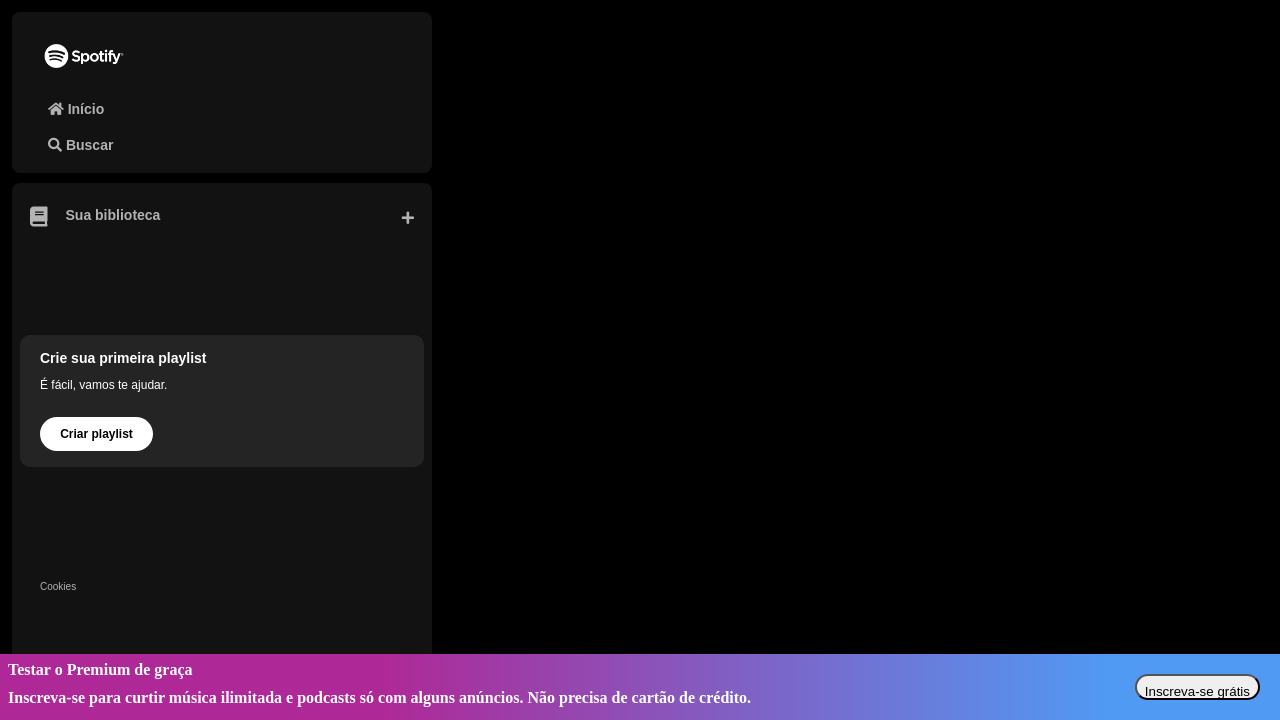
Repository: humbertobrasileiro/spotify
Page: index.html
The author's editor kept a copy of each file at every save. The page is drawn from the files as they stood at one save, then again after the next save.
The browser window is 1280 px wide. The pictures show the whole page.

Above is the page before, as saved 2024-01-23 15:25:11.

### index.html
<!DOCTYPE html>
<html lang="pt-BR">

<head>
  <meta charset="UTF-8">
  <meta name="viewport" content="width=device-width, initial-scale=1.0">
  <title>Spotify - Imersão</title>
  <link rel="stylesheet" href="reset.css">
  <link rel="stylesheet" href="styles.css">
  <link rel="stylesheet" href="https://use.fontawesome.com/releases/v5.15.4/css/solid.css" integrity="sha384-Tv5i09RULyHKMwX0E8wJUqSOaXlyu3SQxORObAI08iUwIalMmN5L6AvlPX2LMoSE" crossorigin="anonymous" />
  <link rel="stylesheet" href="https://use.fontawesome.com/releases/v5.15.4/css/fontawesome.css" integrity="sha384-jLKHWM3JRmfMU0A5x5AkjWkw/EYfGUAGagvnfryNV3F9VqM98XiIH7VBGVoxVSc7" crossorigin="anonymous" />
</head>

<body>
  <div class="sidebar">
    <nav class="sidebar__navigation">
      <div class="logo">
        <a href="">
          <img src="./assets/icons/logo-spotify.png" alt="logo do spotify">
        </a>
      </div>
      <ul>
        <li>
          <a href="">
            <span class="fa fa-home"></span>
            <span>Início</span>
          </a>
        </li>
        <li>
          <a href="">
            <span class="fa fa-search"></span>
            <span>Buscar</span>
          </a>
        </li>
      </ul>
    </nav>

    <div class="library">
      <div class="library__content">
        <button class="library__button">
          <span class="fa fa-book"></span>
          <span>Sua biblioteca</span>
        </button>
        <span class="fa fa-plus"></span>
      </div>

      <section class="section-playlist">
        <div class="section-playlist__content">
          <span class="text title">Crie sua primeira playlist</span>
          <span class="text subtitle">É fácil, vamos te ajudar.</span>
          <button class="section-playlist__button">
            <span>Criar playlist</span>
          </button>
        </div>
      </section>

        <!-- <div class="podcast">
          <span>Que tal seguir um podcast novo?</span>
          <h4>Avisaremos você sobre novos episódios.</h4>
          <button>Explore podcasts</button>
        </div> -->

      <div class="cookies">
        <a href="#">Cookies</a>
      </div>

      <div class="languages">
        <button class="languages__button">
          <span class="fa fa-globe"></span>
          <span>Português do Brasil</span>
        </button>
      </div>
    </div>

  </div>
  <footer>
    <div class="footer-text">
      <p class="text">Testar o Premium de graça</p>
      <p class="text">Inscreva-se para curtir música ilimitada e podcasts só com alguns anúncios. Não precisa de cartão de crédito.</p>
    </div>
    <button class="footer-button">
      <span>Inscreva-se grátis</span>
    </button>
  </footer>
</body>

</html>

### reset.css
/* http://meyerweb.com/eric/tools/css/reset/
   v2.0 | 20110126
   License: none (public domain)
*/

html, body, div, span, applet, object, iframe,
h1, h2, h3, h4, h5, h6, p, blockquote, pre,
a, abbr, acronym, address, big, cite, code,
del, dfn, em, img, ins, kbd, q, s, samp,
small, strike, strong, sub, sup, tt, var,
b, u, i, center,
dl, dt, dd, ol, ul, li,
fieldset, form, label, legend,
table, caption, tbody, tfoot, thead, tr, th, td,
article, aside, canvas, details, embed,
figure, figcaption, footer, header, hgroup,
menu, nav, output, ruby, section, summary,
time, mark, audio, video {
  margin: 0;
  padding: 0;
  border: 0;
  font-size: 100%;
  font: inherit;
  vertical-align: baseline;
}

/* HTML5 display-role reset for older browsers */
article, aside, details, figcaption, figure,
footer, header, hgroup, menu, nav, section {
  display: block;
}

body {
  line-height: 1;
}

ol, ul {
  list-style: none;
}

blockquote, q {
  quotes: none;
}

blockquote:before, blockquote:after,
q:before, q:after {
  content: '';
  content: none;
}

table {
  border-collapse: collapse;
  border-spacing: 0;
}

### styles.css
body {
  background: #000;
}

.sidebar {
  position: fixed;
  top: 0;
  left: 0;
  bottom: 0;
  padding: 12px;
  width: 420px;
}

.sidebar__navigation {
  background-color: #121212;
  border-radius: 8px;
  padding: 16px 0 0 16px;
  color: #b3b3b3;
  font-family: "DM Sans", sans-serif;
}

.sidebar__navigation .logo {
  background: #121212;
  display: flex;
  border-radius: 8px;
  padding: 16px 0 0 16px;
}

.sidebar__navigation .logo img {
  width: 80px;
}

.sidebar nav ul {
  margin-top: 20px;
  padding: 0 20px 10px 20px;
}

.sidebar ul li {
  padding: 10px 0;
}

.sidebar nav ul li a {
  color: #b3b3b3;
  text-decoration: none;
  font-weight: 600;
  font-size: 14px;
  font-family: "DM Sans", sans-serif;
  min-height: 100%;
}

.library {
  background-color: #121212;
  border-radius: 8px;
  display: flex;
  justify-content: space-between;
  flex-direction: column;
  padding: 4px 8px;
  color: #b3b3b3;
  font-weight: 600;
  font-size: 14px;
  font-family: CircularSp, CircularSp-Arab, CircularSp-Hebr, CircularSp-Cyrl, CircularSp-Grek, CircularSp-Deva, var(--fallback-fonts, sans-serif), sans-serif;
  margin-top: 10px;
  min-height: 80%;
}

.library .library__content {
  display: flex;
  justify-content: space-between;
}

.library .library__button {
  display: flex;
  margin-right: 10px;
  color: #b3b3b3;
  background-color: transparent;
  border: 0px;
  font-size: 14px;
  font-weight: 700;
  font-family: "DM Sans", sans-serif;
  text-align: center;
  text-decoration: none;
  text-transform: none;
  padding: 20px 10px;
}

.library .library__button .fa {
  font-size: 20px;
  margin-right: 10px;
  font-weight: 300;
  padding-right: 8px;
}

.library .library__content .fa-plus {
  margin: 24px 10px;
}

.section-playlist {
  display: flex;
  align-items: flex-start;
  justify-content: space-between;
  gap: 20px;
  background-color: #242424;
  color: #fff;
  font-weight: 600;
  font-size: 14px;
  margin: 8px 0px;
  padding: 16px 20px;
  border-radius: 10px;
}

.section-playlist .section-playlist__content {
  display: flex;
  flex-direction: column;
}

.section-playlist__content .text {
  padding-bottom: 14px;
  color: #fff;
  font-family: "DM Sans", sans-serif;
}

.section-playlist__content .title {
  font-weight: 700;
}

.section-playlist__content .subtitle {
  font-weight: 500;
  font-size: 12px;
}

.section-playlist__content .section-playlist__button {
  display: flex;
  justify-content: center;
  background-color: #fff;
  color: #000;
  border-radius: 20px;
  font-size: 12px;
  font-weight: 700;
  font-family: "DM Sans", sans-serif;
  text-decoration: none;
  text-transform: none;
  padding: 10px;
  margin-top: 12px;
  border: 0px;
  width: 113px;
}

.podcast {
  margin: 10px 10px 0 0;
  background-color: #242424;
  padding: 16px 0 16px 16px;
  border-radius: 8px;
  color: #fff;
  overflow-y: auto;
}

.sidebar .cookies {
  margin: 25px 20px;
}

.sidebar .cookies a {
  color: #b3b3b3;
  font-weight: 500;
  font-size: 10px;
  text-decoration: none;
}

.sidebar .cookies a:hover {
  text-decoration: underline;
}

.languages .languages__button {
  align-items: center;
  background-color: transparent;
  border: 1px solid #878787;
  color: #fff;
  font-weight: bold;
  cursor: pointer;
  width: 170px;
  margin: 8px;
  padding: 8px;
  border-radius: 20px;
}

footer {
  display: flex;
  flex-direction: row;
  justify-content: space-between;
  position: absolute;
  bottom: 0px;
  background: rgb(174, 41, 151);
  background: linear-gradient(90deg, rgba(174, 41, 151, 1) 30%, rgba(80, 154, 244, 1) 87%);
  color: #fff;
  width: 100%;
  height: 66px;
}

.footer-text {
  display: flex;
  flex-direction: column;
}

footer .text {
  font-weight: 700;
  padding: 8px 20px 4px 8px;
}

.footer-button {
  margin: 20px;
  padding: 8px;
  border-radius: 20px;
}

After the next save:
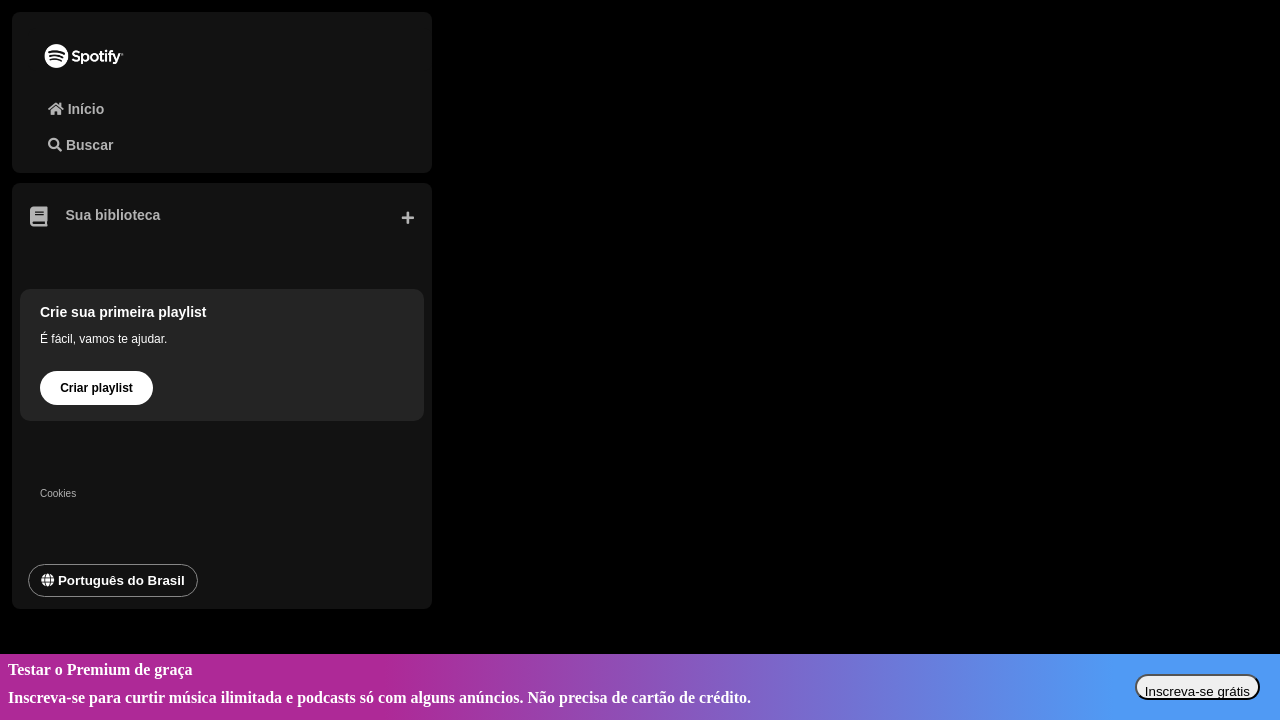
Saved 13 s later.
--- a/styles.css
+++ b/styles.css
@@ -60,7 +60,7 @@
   font-size: 14px;
   font-family: CircularSp, CircularSp-Arab, CircularSp-Hebr, CircularSp-Cyrl, CircularSp-Grek, CircularSp-Deva, var(--fallback-fonts, sans-serif), sans-serif;
   margin-top: 10px;
-  min-height: 80%;
+  min-height: 60%;
 }
 
 .library .library__content {
